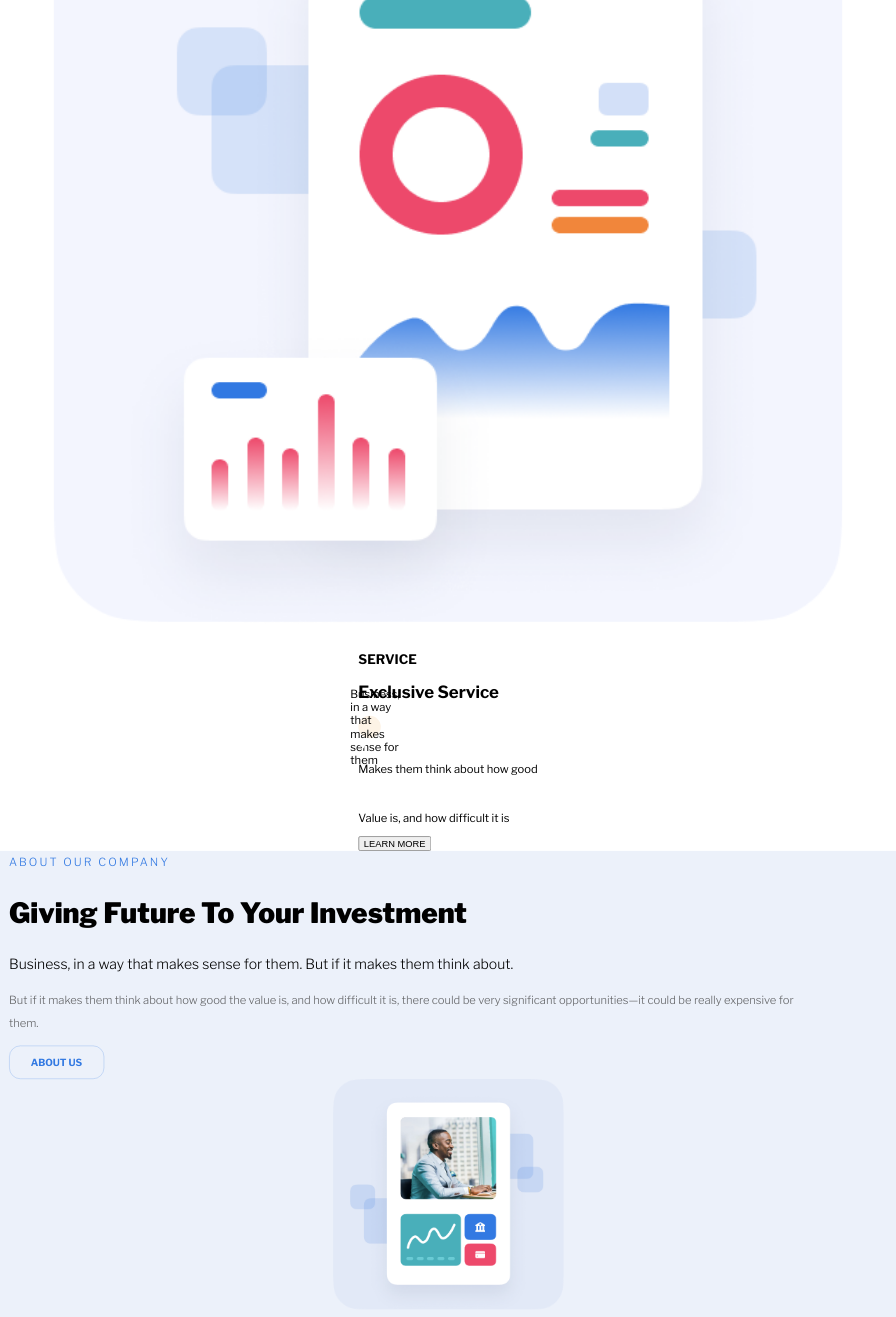
Repository: adryelfelipe/frontend-prova
Page: prova-figma/Prova/index.html
These files come from the project's save history. The page is drawn as it stood at one moment and after the next save; the edit follows.
The browser window is 1280 px wide. The pictures show the part of the page from y = 1881 to 3801 px (the page is 3763 px tall before and 3801 px after), at 70% of full size.

Above is the page before, as saved 2026-06-22 19:10:56.

### prova-figma/Prova/index.html
<!DOCTYPE html>
<html lang="en">
<head>
    <meta charset="UTF-8">
    <meta name="viewport" content="width=device-width, initial-scale=1.0">
    <link rel="stylesheet" href="style/variaveis.css">
    <link rel="stylesheet" href="./style/style.css">
    <title>Document</title>
</head>
<body>
    <header>
        <h2>MNY</h2>

        <nav>
            <p>About</p>
            <p>Features</p>
            <p>Services</p>
            <p>Pricing</p>
            <p>Blog</p>
        </nav>

        <button>CONTACT</button>

        <img src="./assets/icon/hamburguer.svg" alt="">
    </header>
    <main>
        <section class="hero">
            <article class="hero-first-article">
                <h3 class="subtitle-base hero-subtitle">MAKE MONEY</h3>
                <h1 class="title-base hero-title">Grow Your Money Like Never Before</h1>
                <p class="paragraph hero-paragraph">Business, in a way that makes sense for them. But if it makes them think about how good the value.</p>
                <button class="hero-button">GET STARTED</button>
            </article>
            <article class="hero-second-article">
                <!-- <img class src="assets/img/homem-terno.png" alt=""> -->
            </article>
        </section>

        <section class="service">
            <div class="service-container">
                <article class="service-card">
                    <div class="bg-icon-fly">
                        <img src="./assets/icon/icon1-fly-section2.svg" class="icon-fly" alt="">
                    </div>

                    <h3 class="subtitle-tertiary">Strong Security</h3>
                    <p class="paragraph">Way that makes sense for them. But if it makes them think about how good the value is, and how difficult it is.</p>
                </article>

                <article class="service-card">
                    <div class="bg-icon-backpack">
                        <img src="./assets/icon/icon2-backpack-section2.png" class="icon-backpack" alt="">
                    </div>

                    <h3 class="subtitle-tertiary">Creative Solutions</h3>
                    <p class="paragraph">But if it makes them think about how good the value is, and how difficult it is, there could be very significant.</p>
                </article>

                <article class="service-card">
                    <div class="bg-icon-rocket">
                        <img src="./assets/icon/icon3-rocket-section2.png" class="icon-rocket" alt="">
                    </div>

                    <h3 class="subtitle-tertiary">Free Online</h3>
                    <p class="paragraph">Good the value is, and how difficult it is, there could be very significant opportunities.</p>
                </article>
            </div>

            <div class="service-container-line">

            </div>

            <img src="./assets/img/infos-section2.png" class="service-img" alt="">

            <article>
                <h3>SERVICE</h3>
                <h2>Exclusive Service</h2>

                <div class="bg-icon-correct">
                    <img src="./assets/icon/correct-icon-section2.png" class="icon-correct" alt="">
                    <p>Business, in a way that makes sense for them</p>
                </div>

                <div>
                    <img src="./assets/icon/correct-icon-section2.png" alt="">
                    <p>Makes them think about how good</p>
                </div>

                <div>
                    <img src="./assets/icon/correct-icon-section2.png" alt="">
                    <p>Value is, and how difficult it is</p>
                </div>

                <button>LEARN MORE</button>
            </article>
        </section>
        <section class="our-company">
            <article class="company-first-article">
                <h3 class="subtitle-base company-subtitle">ABOUT OUR COMPANY</h3>
                <h2 class="subtitle-secondary">Giving Future To Your Investment</h2>
                <p class="company-paragraph">Business, in a way that makes sense for them. But if it makes them think about.</p>
                <p class="paragraph company-paragraph-second">But if it makes them think about how good the value is, and how difficult it is, there could be very significant opportunities—it could be really expensive for them.</p>
                <button class="company-button">ABOUT US</button>
            </article>
            <article class="company-second-article">
                <img src="assets/img/our-company.png" alt="">
            </article>
        </section>
    </main>
</body>
</html>

### prova-figma/Prova/style/variaveis.css
@import url('https://fonts.googleapis.com/css2?family=Libre+Franklin:ital,wght@0,100..900;1,100..900&display=swap');

:root {
    --primary-color: #FFFFFF;
    --header-icon-border-color: rgba(255, 255, 255, 0.3);
    --bg-color: rgba(50, 121, 226, 1);

    --subtitle: rgba(170, 196, 234, 1);

    --normal-line: rgba(213, 214, 225, 1);

    /*Icons Session 2*/
    --bg-icon-fly: rgba(230, 247, 248, 1);
    --bg-icon-backpack: rgba(252, 237, 240, 1);
    --bg-icon-rocket: rgba(253, 243, 230, 1);
    --bg-icon-correct: rgba(50, 121, 226, 1);

    --icon-fly-color: rgba(73, 175, 186, 1);
    --icon-backpack-color: rgba(237, 73, 107, 1);
    --icon-rocket-color: rgba(241, 134, 59, 1);
    --icon-correct-color: rgba(255, 255, 255, 1)
}

.title-base{
    font-family: 'Libre Franklin';
    font-weight: 900;
    font-size: 3.5rem;
    line-height: 64px;
    letter-spacing: -1px;
}

.subtitle-base{
    margin: 0;
    font-family: 'Libre Franklin';
    font-weight: 300;
    font-size: 1rem;
    line-height: 32px;
    letter-spacing: 3px;
    text-transform: uppercase;
}

.subtitle-secondary{
    font-family: 'Libre Franklin';
    font-weight: 900;
    font-size: 2.5rem;
    line-height: 48px;
    letter-spacing: 0px;
}

.subtitle-tertiary{
    font-family: Libre Franklin;
    font-weight: 900;
    font-size: 24px;
    line-height: 32px;
    letter-spacing: 0px;
}

.paragraph{
    font-family: 'Libre Franklin';
    font-weight: 300;
    font-size: 1rem;
    line-height: 32px;
    letter-spacing: 0px;
}

### prova-figma/Prova/style/style.css
body{
    font-family:"Libre Franklin";
    margin: 0px;
}

/* HEADER */
header{
    display: flex;
    justify-content: space-around;
    align-items: center;
    background-color: var(--bg-color);
}

header nav{
    display: none;
}

header button{
    display: none;
}

header img {
    border: solid 1px var(--header-icon-border-color);
    border-radius: 16px;
}

header h2 {
    color: var(--primary-color);
}


/* SECTION HERO */
.hero{
    background: linear-gradient(135deg, #3279E2 0%, #CACAEB 100%);
    margin-bottom: 80px;
}

.hero-first-article{
    width: 98%;                     /*OBSERVAÇÃO IMPORTANTE EM QUESTÃO          DO POSICIONAMENTO E FIDELIDADE AO FIGMA*/
    justify-self: center;           /*O POSICIONAMENTO FOI ALTERADO POIS, EMBORA A TIPOGRAFIA TENHA SIDO COPIADA EXTRITAMENTE SEMLHANTE AO FIGMA OS TAMANHOS E POSICIONAMENTOS DA TELA NA RESOLUÇÃO MÍNIMA INDICADA NÃO DARIAM CERTO*/
}

.hero-subtitle{
    color: var(--subtitle);
}

.hero-title{
    color: var(--primary-color);
}

.hero-paragraph{
    color: rgba(255, 255, 255, 0.5);
}

.hero-button{
    background-color: rgba(17, 17, 17, 1);
    color: var(--primary-color);
    padding: 16px 30px;
    font-family: Libre Franklin;
    font-weight: 700;
    font-size: 14px;
    line-height: 100%;
    letter-spacing: 0px;
    text-align: center;
    text-transform: uppercase;
    border: none;
    border-radius: 16px;
}

/* .hero-second-article{
    width: 405px;
    height: 80%;
}

.image{
    object-fit: cover;

} */

/* SECTION SERVICE */
.service {
    display: flex;
    flex-direction: column;
    align-items: center;
}

.service-container {
    display: flex;
    flex-direction: column;
    gap: 64px;
}

.service-container-line {
    height: 1px;
    background-color: var(--normal-line);
    width: 85vw;
    justify-self: center;
    margin-top: 80px;
    margin-bottom: 95px;
}

.service-img {
    justify-self: center;
    width: 88vw;
    height: 88vw;
}

.service-card {
    display: flex;
    flex-direction: column;
}

.service-card p {
    width: 306px;
}

.bg-icon-fly {
    display: flex;
    justify-content: center;
    align-items: center;
    border-radius: 100px;
    width: 6rem;
    height: 6rem;
    background-color: var(--bg-icon-fly)
}

.icon-fly {
    height: 2rem;
    width: 3rem;
}

.bg-icon-backpack {
    display: flex;
    justify-content: center;
    align-items: center;
    border-radius: 100px;
    width: 6rem;
    height: 6rem;
    background-color: var(--bg-icon-backpack)
}

.icon-backpack {
    height: 2,5rem;
    width: 3rem;
}

.bg-icon-rocket {
    display: flex;
    justify-content: center;
    align-items: center;
    border-radius: 100px;
    width: 6rem;
    height: 6rem;
    background-color: var(--bg-icon-rocket)
}

.icon-rocket {
    height: 3rem;
    width: 3rem;
}

.bg-icon-correct {
    display: flex;
    justify-content: center;
    align-items: center;
    border-radius: 100px;
    width: 2rem;
    height: 2rem;
    background-color: var(--bg-icon-rocket)
}

.icon-correct {
    width: 1rem;
    height: 0,8rem;
}

/* SECTION OUR COMPANY */

.our-company{
    background-color: rgba(236, 241, 250, 1);
}

.company-subtitle{
    color: rgba(50, 121, 226, 1);
}

.company-paragraph{
    font-family: Libre Franklin;
    font-weight: 300;
    font-size: 20px;
    line-height: 32px;
    letter-spacing: 0px;
    width: 90%;
}

.company-button{
    background-color: transparent;
    color: rgba(50, 121, 226, 1);
    padding: 16px 30px;
    font-family: Libre Franklin;
    font-weight: 700;
    font-size: 14px;
    line-height: 100%;
    letter-spacing: 0px;
    text-align: center;
    text-transform: uppercase;
    border: 1px solid rgba(50, 121, 226, 0.3);
    border-radius: 16px;
}

.company-paragraph-second{
    color: rgba(51, 51, 51, 0.75);
    width: 90%;
}

.company-first-article{
    width: 98%;
    justify-self: center;
}

.company-second-article{
    justify-self: center;
}

After the next save:
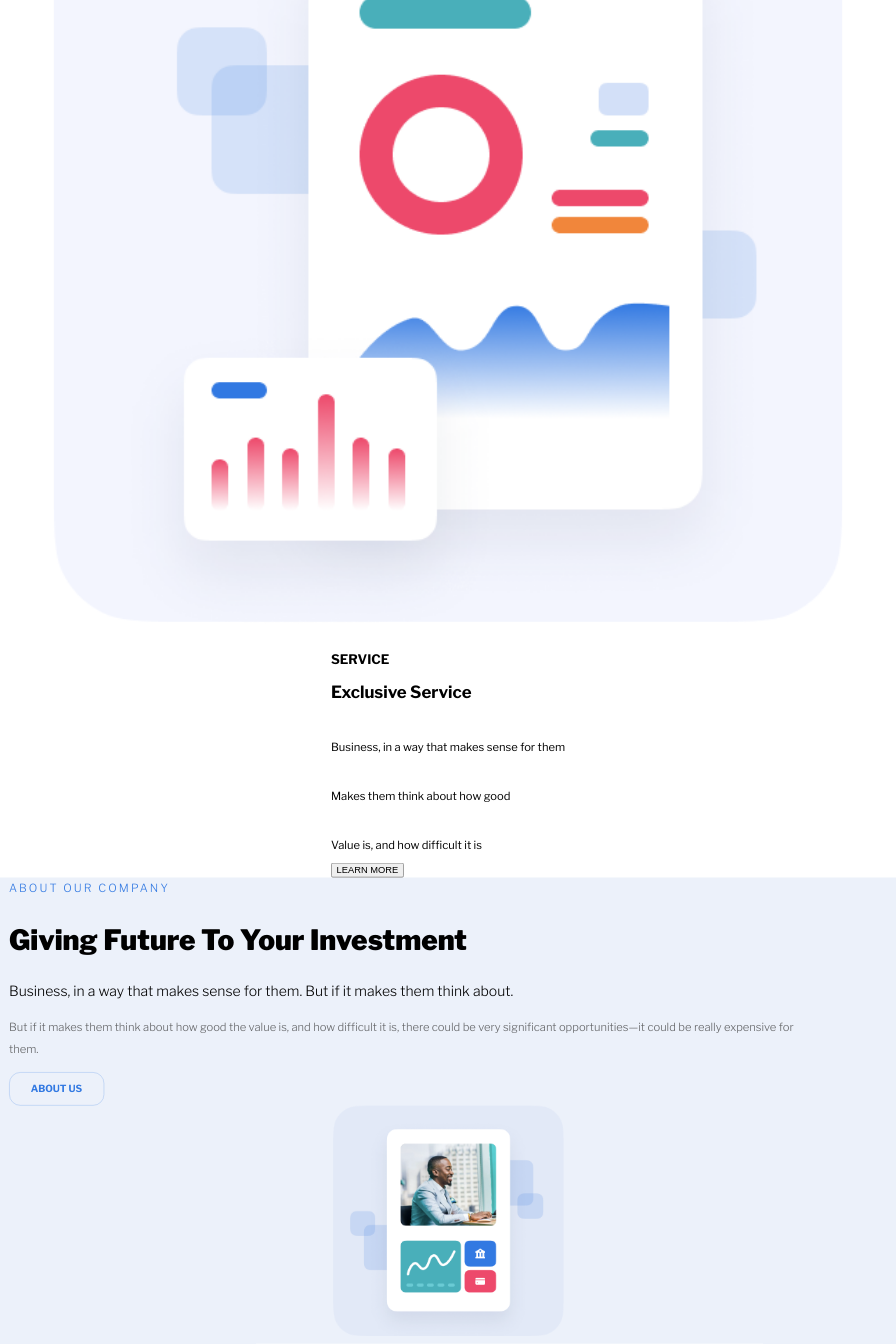
Saved 56 s later.
--- a/prova-figma/Prova/index.html
+++ b/prova-figma/Prova/index.html
@@ -76,7 +76,7 @@
                 <h3>SERVICE</h3>
                 <h2>Exclusive Service</h2>
 
-                <div class="bg-icon-correct">
+                <div>
                     <img src="./assets/icon/correct-icon-section2.png" class="icon-correct" alt="">
                     <p>Business, in a way that makes sense for them</p>
                 </div>
